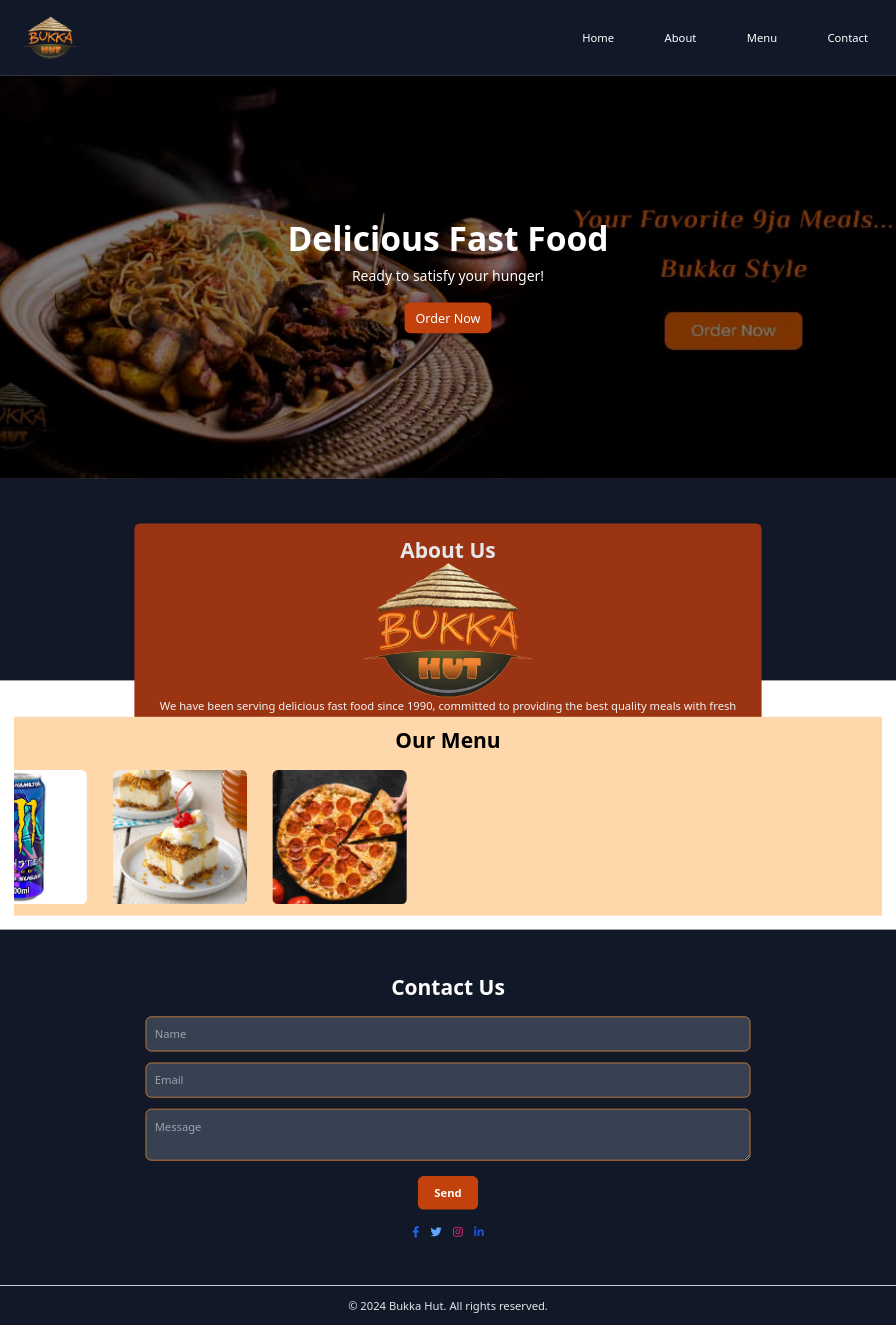
Repository: countaustin1990/BUKKAHUT
Page: INDEX.HTML
These files come from the project's save history. The page is drawn as it stood at one moment and after the next save; the edit follows.
The browser window is 1280 px wide. The pictures show the whole page, at 70% of full size.
Some web libraries are served in a nearby version.

Above is the page before, as saved 2024-08-24 16:50:58.
Console error: TypeError: Cannot read properties of null (reading 'addEventListener')

### INDEX.HTML
<!DOCTYPE html>
<html lang="en">
<head>
    <meta charset="UTF-8">
    <meta name="viewport" content="width=device-width, initial-scale=1.0">
    <title>Fast Food Restaurant</title>
    <link rel="stylesheet" href="style.css"/>
    <script src="https://cdn.tailwindcss.com"></script>
    <link rel="stylesheet" href="https://cdnjs.cloudflare.com/ajax/libs/font-awesome/6.0.0-beta3/css/all.min.css">
        <style>
        @keyframes scroll {
            0% {
                transform: translateX(0);
            }
            100% {
                transform: translateX(-100%);
            }
        }

        .animate-scroll {
            display: inline-flex;
            animation: scroll 10s linear infinite;
        }
    </style>
</head>
<body class="font-sans antialiased">
      <!-- Back to Top Button -->
    <button id="backToTop" class="fixed bottom-8 right-8 text-bold bg-orange-700 text-gray-800 p-4 rounded-full shadow-lg hover:bg-orange-600 transition-transform transform hover:scale-110 mb-3">
        <svg xmlns="http://www.w3.org/2000/svg" class="h-6 w-6 text-gray-800 mx-auto" fill="none" viewBox="0 0 24 24" stroke="currentColor" stroke-width="2">
            <path stroke-linecap="round" stroke-linejoin="round" d="M5 10l7-7m0 0l7 7m-7-7v18" />
        </svg> <!-- Upward arrow character -->
    </button>


    <!-- Navigation -->
  <nav class="shadow-md bg-gray-900">
    <div class="container mx-auto px-4 py-2 flex items-center justify-between">
      <div class="text-2xl font-bold text-blue-600">
        <a href="#" class="flex flex-col lg:flex-row items-center lg:space-x-8 p-4">
          <img src="Logo-r.png" alt="Bukka Hut" width="80">
          </a>
      </div>
      <div class="hidden md:flex space-x-6">
        <a href="index.html" class="text-white hover:bg-orange-600 py-4 px-6 rounded-lg ">Home</a>
        <a href="About.html" class="text-white hover:bg-orange-600 py-4 px-6 rounded-lg ">About</a>
        <a href="Menu.html" class="text-white hover:bg-orange-600 py-4 px-6 rounded-lg ">Menu</a>
        <a href="Contact" class="text-white hover:bg-orange-600 py-4 px-6 rounded-lg ">Contact</a>
      </div>
      <div class="md:hidden">
        <button id="menu-button" class="text-white focus:outline-none">
          <svg xmlns="http://www.w3.org/2000/svg" fill="none" viewBox="0 0 24 24" stroke="currentColor" class="w-6 h-6">
            <path stroke-linecap="round" stroke-linejoin="round" stroke-width="2" d="M4 6h16M4 12h16M4 18h16" />
          </svg>
        </button>
      </div>
    </div>

    <!-- Mobile Menu -->
    <div id="mobile-menu" class="hidden md:hidden bg-gray-900 shadow-md">
      <a href="#" class="block px-4 py-2 text-white hover:bg-orange-600">Home</a>
      <a href="#" class="block px-4 py-2 text-white hover:bg-orange-600">About</a>
      <a href="#" class="block px-4 py-2 text-white hover:bg-orange-600">Menu</a>
      <a href="#" class="block px-4 py-2 text-white hover:bg-orange-600">Contact</a>
    </div>
  </nav>
    <!-- Hero Section -->
    <header id="home" class="bg-cover bg-center h-screen" style="background-image: url('hero.jpg');">
    <div class="flex flex-col items-center justify-center h-full bg-black bg-opacity-50 text-center text-white">
        <h1 class="text-5xl font-bold mb-4">Delicious Fast Food</h1>
        <p class="text-xl mb-6">Ready to satisfy your hunger!</p>
        <a href="Menu.html" class="bg-orange-700 hover:bg-orange-600 text-white py-2 px-4 rounded-lg text-lg">Order Now</a>
    </div>
</header>



        <!-- About Us Section -->
    <section id="about" class="py-16 bg-gray-900 mb-3">
      <div class="max-w-4xl mx-auto text-center px-4 bg-orange-800 p-5 rounded-lg mb-3">
        <h2 class="text-3xl font-bold text-gray-200">About Us</h2>
        <img src="Logo-r.png" alt="Logo" class="inline-block h-48 mx-2">
        <p class="text-gray-100 mb-5">We have been serving delicious fast food since 1990, committed to providing the best quality meals with fresh ingredients.</p>
        <button class="py-3 px-6 rounded-lg border border-gray-200 text-gray-200 hover:bg-orange-600 hover:text-white rounded font-semibold text-lg">
  Learn More
</button>
      </div>
    </section>
                <!-- Repeat similar structure for other menu items
            </div>
            </section>
            <div class="overflow-x-auto whitespace-nowrap py-4 px-6 bg-white mt-5 container">
              <h2 class="text-3xl text-center font-bold mb-6">Our Menu</h2>
              <div--- class="animate-scroll">
                <a href="Menu.html">
                <img src="burger.jpg" alt="Burger" class="inline-block h-48 mx-2">
                <img src="fries.jpg" alt="Fries" class="inline-block h-48 mx-2">
                <img src="drink.jpg" alt="Drink" class="inline-block h-48 mx-2">
                <img src="dessert.jpg" alt="Dessert" class="inline-block h-48 mx-2">
                <img src="pizza.jpg" alt="Pizza" class="inline-block h-48 mx-2">
                </a>
                 Repeat images as needed to fill the scroll area

            </div--->



<!--------------------------------------------------------------------------------------------->
  <section class="flex justify-center items-center p-5 container mx-auto vote">
  <div class="overflow-x-auto whitespace-nowrap py-4 px-6 bg-orange-200 mt-5 container mx-auto">
    <h2 class="text-3xl text-center font-bold mb-6">Our Menu</h2>
    <div class="animate-scroll">
      <a href="Menu.html">
        <img src="burger.jpg" alt="Burger" class="inline-block h-48 mx-4 rounded-lg">
        <img src="fries.jpg" alt="Fries" class="inline-block h-48 mx-4 rounded-lg">
        <img src="drink.jpg" alt="Drink" class="inline-block h-48 mx-4 rounded-lg">
        <img src="dessert.jpg" alt="Dessert" class="inline-block h-48 mx-4 rounded-lg">
        <img src="pizza.jpg" alt="Pizza" class="inline-block h-48 mx-4 rounded-lg">
      </a>
      <!-- Repeat images as needed to fill the scroll area -->
    </div>
  </div>
</section>



    <!-- Contact Section -->
    <section id="contact" class="py-16 bg-gray-900 text-white">
        <div class="max-w-4xl mx-auto text-center px-4">
            <h2 class="text-3xl font-bold mb-6">Contact Us</h2>
            <form class="space-y-4">
                <input type="text" placeholder="Name" required class="w-full p-3 rounded-lg bg-gray-700 border border-orange-400 focus:outline-none focus:ring-2 focus:ring-yellow-500">
                <input type="email" placeholder="Email" required class="w-full p-3 rounded-lg bg-gray-700 border border border-orange-400 focus:outline-none focus:ring-2 focus:ring-yellow-500">
                <textarea placeholder="Message" required class="w-full p-3 rounded-lg bg-gray-700 border border border-orange-400 focus:outline-none focus:ring-2 focus:ring-yellow-500"></textarea>
                <button type="submit" class="bg-orange-700 hover:bg-gray-700 text-white py-3 px-6 rounded-lg font-semibold">Send</button>
            </form>
        </div>
        <div class="flex justify-center space-x-4 mt-5 font-bold">
  <a href="https://facebook.com" class="text-blue-600 hover:text-blue-800">
    <i class="fab fa-facebook-f text-2x1"></i>
  </a>
  <a href="https://twitter.com" class="text-blue-400 hover:text-blue-600">
    <i class="fab fa-twitter text-2x1"></i>
  </a>
  <a href="https://instagram.com" class="text-pink-600 hover:text-pink-800">
    <i class="fab fa-instagram text-2x1"></i>
  </a>
  <a href="https://linkedin.com" class="text-blue-700 hover:text-blue-900">
    <i class="fab fa-linkedin-in text-2x1"></i>
  </a>
</div>
    </section>
<hr class="text-gray-300">
    <!-- Footer -->
    <footer class="bg-gray-900 text-center text-gray-200 py-4">
        <p>&copy; 2024 Bukka Hut. All rights reserved.</p>
    </footer>

 <script src="main.js"></script>
</body>
</html>

### style.css
/*CSS*/

#backToTop {
  z-index: 1000;
}

#home {
    height: 80svh;
}

#about {
    height: 40svh;
}

### main.js
const menuButton = document.getElementById('menu-button');
const mobileMenu = document.getElementById('mobile-menu');

menuButton.addEventListener('click', () => {
  mobileMenu.classList.toggle('hidden');
});

// Animate the scroll
const scrollContainer = document.querySelector('.animate-scroll');

function startScrolling() {
  const width = scrollContainer.scrollWidth;
  scrollContainer.style.animation = `scroll ${width / 100}s linear infinite`;
}

// Start the scroll animation once the DOM is fully loaded
window.addEventListener('load', startScrolling);

document.addEventListener("DOMContentLoaded", function() {
  function toggleText(buttonId, textId) {
    const button = document.getElementById(buttonId);
    const text = document.getElementById(textId);
    button.addEventListener("click", function(event) {
      event.preventDefault();
      if (text.classList.contains("hidden")) {
        text.classList.remove("hidden");
        button.textContent = "Read Less";
      } else {
        text.classList.add("hidden");
        button.textContent = "Read More";
      }
    });
  }

  toggleText("toggleButton4", "moreText4");
  toggleText("toggleButton1", "moreText1");
  toggleText("toggleButton2", "moreText2");
  toggleText("toggleButton3", "moreText3");
});


// JavaScript to handle "Back to Top" button visibility and functionality
const backToTopButton = document.getElementById('backToTop');

// Show button when scrolled down 100px from the top
window.addEventListener('scroll', () => {
  if (window.scrollY > 100) {
    backToTopButton.classList.remove('hidden');
  } else {
    backToTopButton.classList.add('hidden');
  }
});

// Smooth scroll to top when button is clicked
backToTopButton.addEventListener('click', () => {
  window.scrollTo({
    top: 0,
    behavior: 'smooth'
  });
});

After the next save:
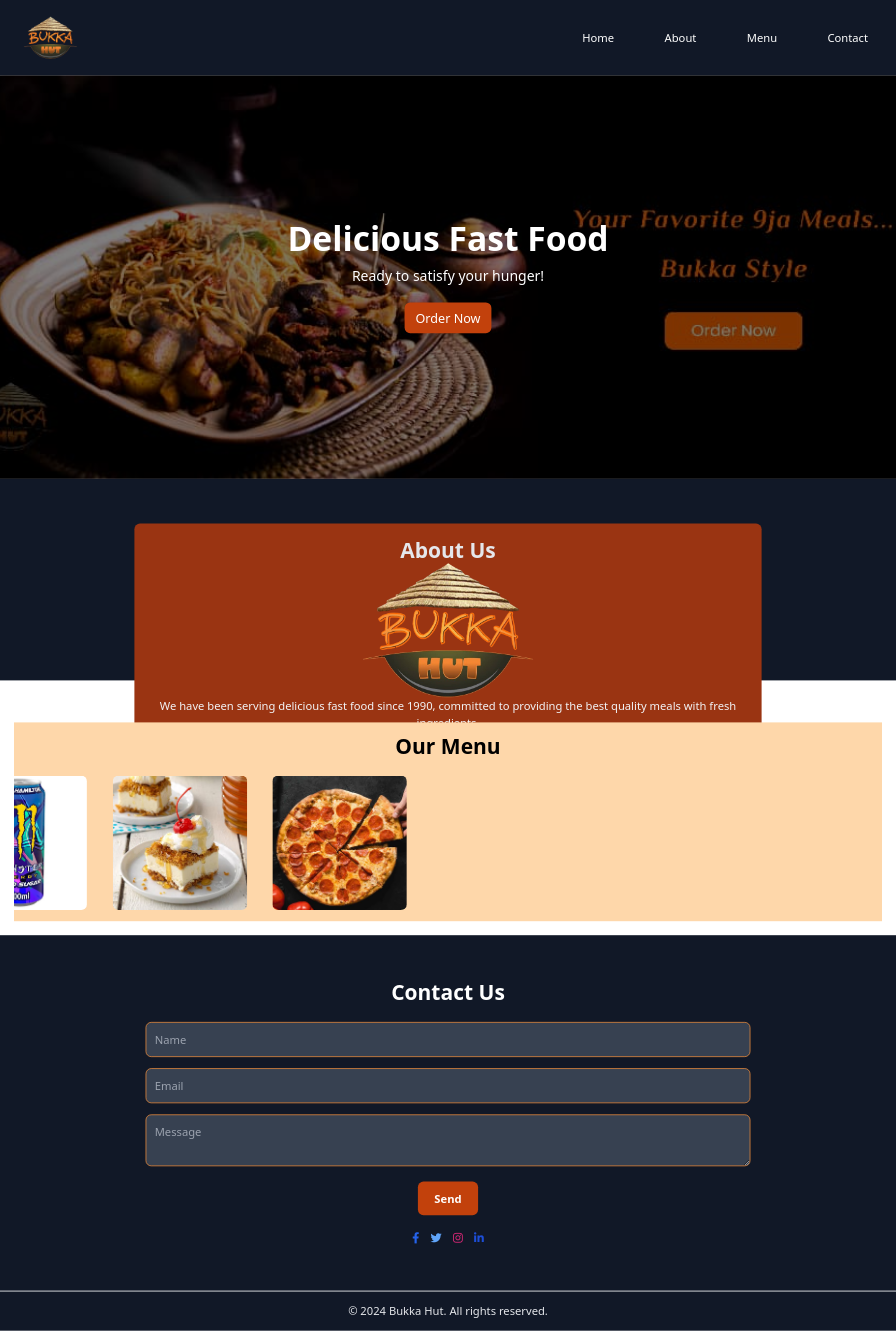
Saved 24 s later.
--- a/style.css
+++ b/style.css
@@ -11,3 +11,6 @@
 #about {
     height: 40svh;
 }
+.vote {
+    margin-top: 20px;
+}
